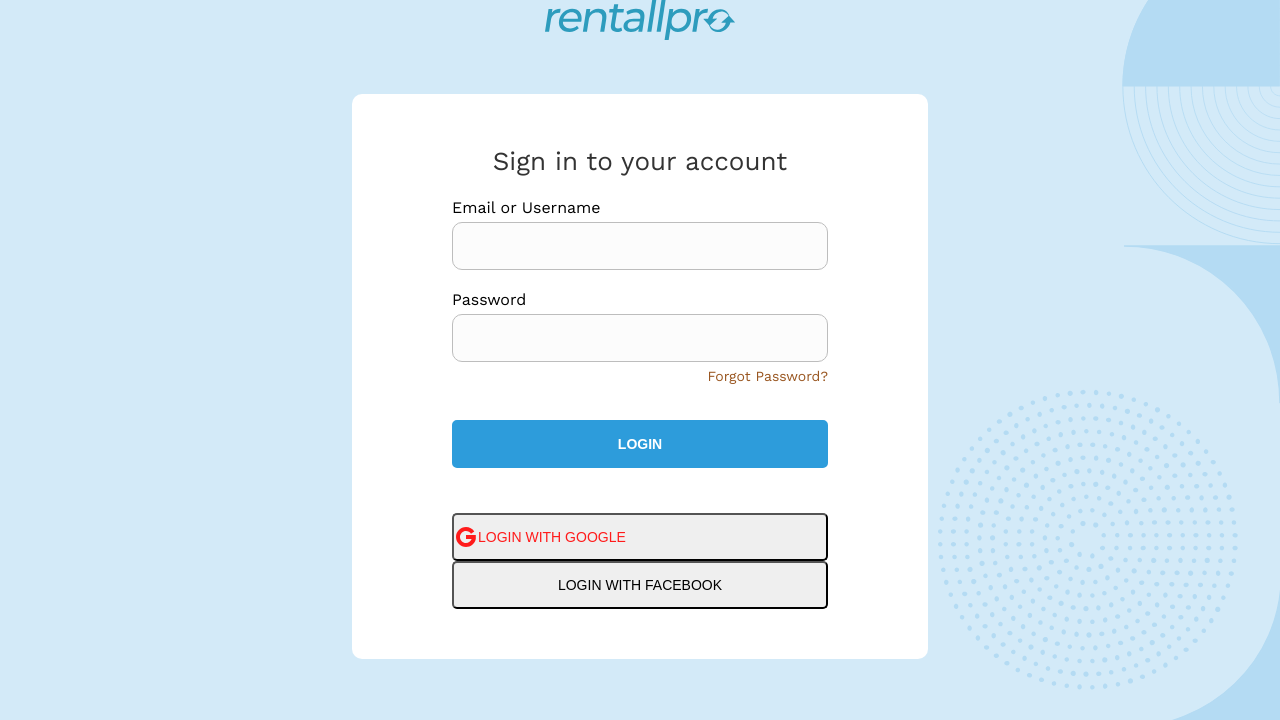
Repository: RentallPro/rentallpro-frontend
Page: /
These files come from the project's save history. The page is drawn as it stood at one moment and after the next save; the edit follows.
The browser window is 1280 px wide. The pictures show the whole page.
The project was rebuilt for these pictures with package versions that can differ from the ones it lists, and the page was loaded fresh each time.

Above is the page before, as saved 2020-12-09 11:00:05.

### public/index.html
<!DOCTYPE html>
<html lang="en">
  <head>
    <meta charset="utf-8">
    <meta http-equiv="X-UA-Compatible" content="IE=edge">
    <meta name="viewport" content="width=device-width,initial-scale=1.0">
    <link rel="icon" href="<%= BASE_URL %>favicon.ico">
    <link href="https://fonts.googleapis.com/css?family=Work+Sans&display=swap" rel="stylesheet">
    <title><%= htmlWebpackPlugin.options.title %></title>
  </head>
  <body>
    <noscript>
      <strong>We're sorry but <%= htmlWebpackPlugin.options.title %> doesn't work properly without JavaScript enabled. Please enable it to continue.</strong>
    </noscript>
    <div id="app"></div>
    <!-- built files will be auto injected -->
  </body>
</html>

### src/App.vue
<template>
  <div id="app">
    <router-view/>
  </div>
</template>

<style lang="scss">
* {
  margin: 0;
  padding: 0;
  box-sizing: border-box;
}
#app {
  font-family: 'Work Sans', sans-serif;
}
</style>

### src/router/index.js
import Vue from 'vue'
import VueRouter from 'vue-router'
import Home from '../views/Home/Home.vue'

Vue.use(VueRouter)

const routes = [
  {
    path: '/',
    name: 'Home',
    component: Home
  },
  {
    path: '/about',
    name: 'About',
    // route level code-splitting
    // this generates a separate chunk (about.[hash].js) for this route
    // which is lazy-loaded when the route is visited.
    component: () => import(/* webpackChunkName: "about" */ '../views/About.vue')
  }
]

const router = new VueRouter({
  mode: 'history',
  base: process.env.BASE_URL,
  routes
})

export default router

### src/views/Home/Home.vue
<template>
  <div class="home">
    <div class="form-container">
      <div class="logo"><img src="@/assets/logo.svg" alt="logo"></div>
      <div class="form-wrapper">
        <h3 class="form-title">Sign in to your account</h3>
        <div class="input">
          <label for="Email">Email or Username</label>
          <input type="text">
        </div>
        <div class="input">
          <label for="password">Password</label>
          <input type="password">
          <p>Forgot Password?</p>
        </div>
        <button class="login-button button">
          LOGIN
        </button>
        <div class="social-buttons">
          <button class="google-button button">
            <svg width="24" height="24" viewBox="0 0 24 24" fill="none" xmlns="http://www.w3.org/2000/svg">
              <path d="M6 12C6 15.3137 8.68629 18 12 18C14.6124 18 16.8349 16.3304 17.6586 14H12V10H21.8047V14H21.8C20.8734 18.5645 16.8379 22 12 22C6.47715 22 2 17.5228 2 12C2 6.47715 6.47715 2 12 2C15.445 2 18.4831 3.742 20.2815 6.39318L17.0039 8.68815C15.9296 7.06812 14.0895 6 12 6C8.68629 6 6 8.68629 6 12Z" fill="#FF1B1B"/>
            </svg>
            <span>LOGIN WITH GOOGLE</span>
          </button>
          <button class="facebook-button button">
            LOGIN WITH FACEBOOK
          </button>
        </div>
      </div>
    </div>
  </div>
</template>

<script>
// @ is an alias to /src

export default {
  name: 'Home',
  components: {
  }
}
</script>

<style lang="scss" src="./Home.scss" scoped></style>

### src/views/Home/Home.scss
.home {
    background: #D3EAF8;
    background-image: url(../../assets/Patern.svg);
    background-repeat: no-repeat;
    background-position-y: top;
    background-position-x: right;
    width: 100vw;
    height: 100vh;
    .form-container {
        width: 45%;
        display: block;
        margin: auto;
        .button {
            height: 48px;
            width: 100%;
            border-radius: 5px;
            font-size: 14px;
            line-height: 18px;
        }
        .logo {
            text-align: center;
        }
        .form-wrapper {
            width: 100%;
            padding: 50px 100px;
            background: #FFFFFF;
            border-radius: 10px;
            margin-top: 50px;
            .form-title {
                font-style: normal;
                font-weight: 500;
                font-size: 26px;
                line-height: 34px;
                color: #333333;
                text-align: center;
            }
            .input {
                display: flex;
                flex-direction: column;
                margin-top: 20px;
                input {
                    height: 48px;
                    background: #FCFCFC;
                    border: 1px solid #BDBDBD;
                    border-radius: 10px;
                    margin-top: 5px;
                }
                p {
                    font-weight: normal;
                    font-size: 14px;
                    line-height: 18px;
                    color: #995620;
                    text-align: right;
                    margin-top: 5px;
                }
            }
            .login-button {
                background: #2D9CDB;
                border: 2px solid #2D9CDB;
                font-style: normal;
                font-weight: bold;
                color: #FFFFFF;
                margin-top: 35px;
            }
            .social-buttons {
                margin-top: 45px;
                .google-button {
                    display: flex;
                    align-items: center;
                    color: #FF1B1B;
                    font-weight: 500;
                }
            }
        }
    }
}

Loaded but not shown: src/main.js (common file); src/store/index.js (common file)

After the next save:
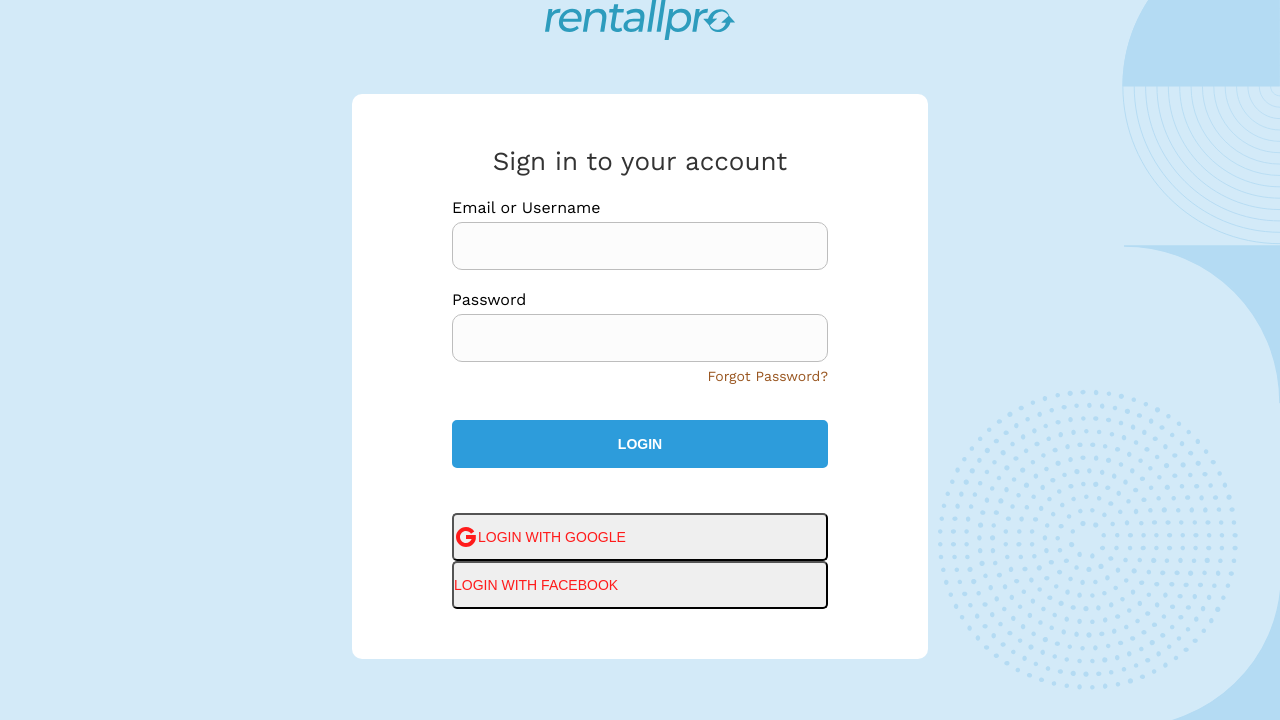
Saved 22 s later.
--- a/src/views/Home/Home.scss
+++ b/src/views/Home/Home.scss
@@ -70,6 +70,12 @@
                     color: #FF1B1B;
                     font-weight: 500;
                 }
+                .facebook-button {
+                    display: flex;
+                    align-items: center;
+                    color: #FF1B1B;
+                    font-weight: 500;
+                }
             }
         }
     }
